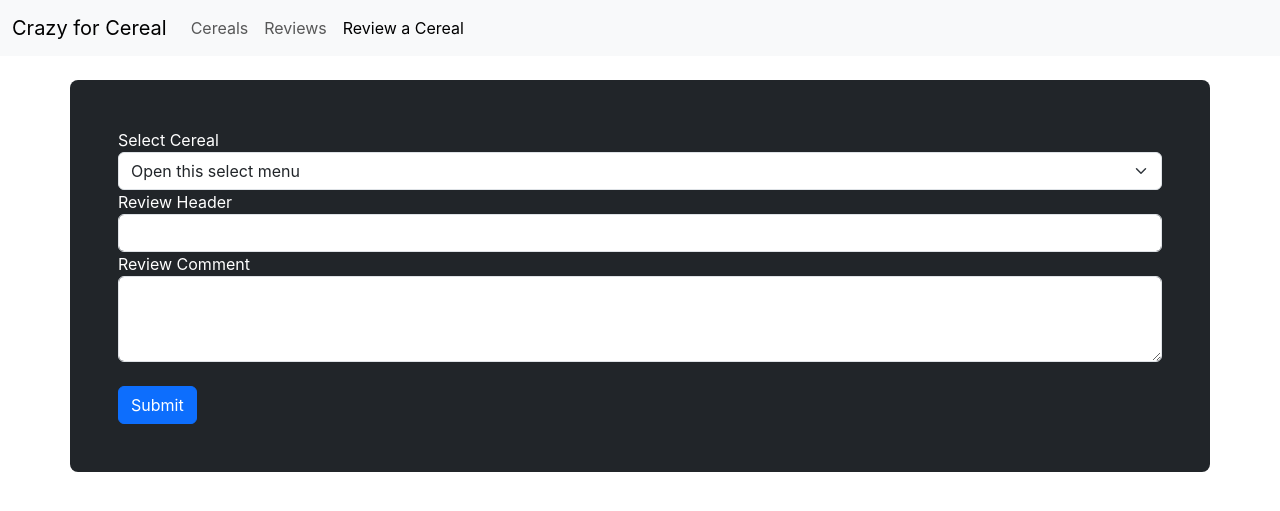
Repository: annferracane/project-3-sinatra
Page: /new-review (app in phase-3-project/)
These files come from the project's save history. The page is drawn as it stood at one moment and after the next save; the edit follows.
The browser window is 1280 px wide. The pictures show the whole page.
The page's requests for data from a server got no answer. The project was rebuilt for these pictures with package versions that can differ from the ones it lists, and the page was loaded fresh each time. No one was signed in, and anything a server would have sent is missing. Also part of the build but not shown: phase-3-project/src/components/Cereal.js, phase-3-project/src/components/Cereals.js, phase-3-project/src/components/Main.js, phase-3-project/src/components/Review.js, phase-3-project/src/components/Reviews.js, phase-3-project/src/components/CerealDetail.js.

Above is the page before, as saved 2023-01-24 14:50:43.

### phase-3-project/public/index.html
<!DOCTYPE html>
<html lang="en">
  <head>
    <meta charset="utf-8">
    <link rel="icon" href="%PUBLIC_URL%/favicon.ico" />
    <meta name="viewport" content="width=device-width, initial-scale=1">
    <link rel="apple-touch-icon" href="%PUBLIC_URL%/logo192.png" />
    <link rel="manifest" href="%PUBLIC_URL%/manifest.json" />
    <title>Phase 3 - Cereal Reviews</title>
    <link rel="stylesheet" href="https://cdn.jsdelivr.net/npm/bootstrap@5.3.0-alpha1/dist/css/bootstrap.min.css" integrity="sha384-GLhlTQ8iRABdZLl6O3oVMWSktQOp6b7In1Zl3/Jr59b6EGGoI1aFkw7cmDA6j6gD" crossorigin="anonymous">
  </head>
  <body>
    <div id="root"></div>
    <script src="https://cdn.jsdelivr.net/npm/bootstrap@5.3.0-alpha1/dist/js/bootstrap.bundle.min.js" integrity="sha384-w76AqPfDkMBDXo30jS1Sgez6pr3x5MlQ1ZAGC+nuZB+EYdgRZgiwxhTBTkF7CXvN" crossorigin="anonymous"></script>
  </body>
</html>

### phase-3-project/src/index.js
import 'bootstrap/dist/css/bootstrap.css';
import React from 'react';
import ReactDOM from 'react-dom/client';
import { BrowserRouter } from "react-router-dom";
import './css/index.css';
import App from './components/App';
import reportWebVitals from './reportWebVitals';

const root = ReactDOM.createRoot(document.getElementById('root'));
root.render(
  <BrowserRouter>
    <App />
  </BrowserRouter>
);

// If you want to start measuring performance in your app, pass a function
// to log results (for example: reportWebVitals(console.log))
// or send to an analytics endpoint. Learn more: https://bit.ly/CRA-vitals
reportWebVitals();

### phase-3-project/src/components/App.js
import React, {useState, useEffect} from 'react';
import { Routes, Route } from "react-router-dom";
import NavBar from './NavBar';
import Main from './Main';
import Reviews from './Reviews';
import NewReview from './NewReview';
import CerealDetail from './CerealDetail';

function App() {
  const baseURL = "http://localhost:9292";

  const [reviews, setReviews] = useState([])
  const [cereals, setCereals] = useState([])
  const [users, setUsers] = useState([])

  // Reviews
  useEffect(() =>{
    fetch(`${baseURL}/reviews`)
    .then(resp => resp.json())
    .then(reviews => setReviews(reviews))
  },[])

  // Cereals
  useEffect(() =>{
    fetch(`${baseURL}/cereals`)
    .then(resp => resp.json())
    .then(cereals => setCereals(cereals))
  },[])

  // Users
  useEffect(() =>{
    fetch(`${baseURL}/users`)
    .then(resp => resp.json())
    .then(users => setUsers(users))
  },[])

  function addNewReview(mynewReview){
    setReviews([...reviews, mynewReview])
  }

  return (
    <div className="App">
      <NavBar />
      <Routes>
        <Route exact path="/" element={<><Main cereals={ cereals }/></>} />
        <Route path="/reviews" element={<><Reviews reviews={ reviews }/></>} />
        <Route path="/new-review" element={<><NewReview addNewReview={ addNewReview }/></>} />
        <Route path="/cereals/:id" element={<><CerealDetail cereal={ cereals }/></>} />
      </Routes>
    </div>
  )
}

export default App;

### phase-3-project/src/components/NavBar.js
import React from "react";
import { NavLink } from "react-router-dom";

function NavBar() {
    return (
        <nav className="navbar navbar-expand-lg bg-body-tertiary">
            <div className="container-fluid">
                <NavLink className="navbar-brand" to="/">Crazy for Cereal</NavLink>
                <button className="navbar-toggler" type="button" data-bs-toggle="collapse" data-bs-target="#navbarSupportedContent" aria-controls="navbarSupportedContent" aria-expanded="false" aria-label="Toggle navigation">
                    <span className="navbar-toggler-icon"></span>
                </button>
                <div className="collapse navbar-collapse" id="navbarSupportedContent">
                    <ul className="navbar-nav me-auto mb-2 mb-lg-0">
                        <li className="nav-item">
                            <NavLink exact className="nav-link" aria-current="page" to="/">Cereals</NavLink>
                        </li>
                        <li className="nav-item">
                            <NavLink exact className="nav-link" aria-current="page" to="/reviews">Reviews</NavLink>
                        </li>
                        <li className="nav-item">
                        <NavLink className="nav-link" to="/new-review">Review a Cereal</NavLink>
                        </li>
                    </ul>
                </div>
            </div>
        </nav>

    )
}

export default NavBar;

### phase-3-project/src/components/NewReview.js
import React, { useState } from 'react';
//import { useHistory } from 'react-router-dom';

function NewReview({ addNewReview }) {
    console.log(addNewReview)
    const [cerealId, setCerealId] = useState('');
    const [cerealName, setCerealName] = useState('');
    const [header, setHeader] = useState('');
    const [comment, setComment] = useState('');
    const [starRating, setStarRating] = useState('');
    //const history = useHistory();

    function handleSubmit(e) {

        e.preventDefault();

        const newReview = {
            cereal_id: cerealId,
            header: header,
            comment: comment,
            star_rating: starRating,
        }
        fetch(`http://localhost:9292/reviews`, {
        method: "POST",
        headers: {
            "Content-Type": "application/json",
        },
        body: JSON.stringify(newReview),
        })
        .then(resp => resp.json())
        .then(mynewReview => {
            addNewReview(mynewReview);
            //history.push(`/cereals/${mynewReview.id}`);
        });
    }
    return (
        <div className="container py-4">
            <div className="row align-items-md-stretch">
                <div className="p-5 text-bg-dark rounded-3">
                    <form onSubmit={ handleSubmit }>
                        <div className="form-group">
                            <label htmlFor="title">Select Cereal</label>
                            <select className="form-select" value={ cerealId } onChange={(e) => setCerealId(e.target.value)} aria-label="Default select example">
                                <option selected>Open this select menu</option>
                                <option value="1">One</option>
                                <option value="2">Two</option>
                                <option value="3">Three</option>
                            </select>
                        </div>
                        <div className="form-group">
                            <label htmlFor="url">Review Header</label>
                            <input type="text" className="form-control" id="image" value={header} onChange={(e) => setHeader(e.target.value)} />
                        </div>
                        <div className="form-group">
                            <label htmlFor="comments">Review Comment</label>
                            <textarea className="form-control" id="exampleFormControlTextarea1" rows="3" value={comment} onChange={(e) => setComment(e.target.value)}></textarea>
                        </div>
                        <br></br>
                        <button type="submit" className="btn btn-primary">Submit</button>
                    </form>
                </div>
            </div>
        </div>
    )
}

export default NewReview

Loaded but not shown: phase-3-project/src/css/index.css (common file); phase-3-project/src/reportWebVitals.js (common file)

After the next save:
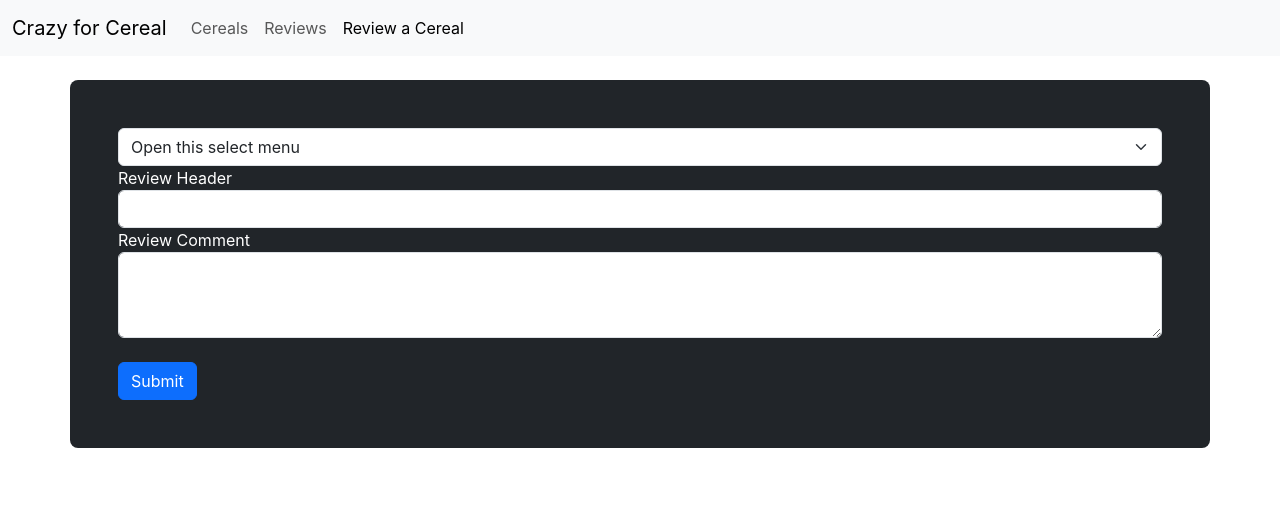
Saved 13 s later.
--- a/phase-3-project/src/components/NewReview.js
+++ b/phase-3-project/src/components/NewReview.js
@@ -39,7 +39,6 @@ function NewReview({ addNewReview }) {
                 <div className="p-5 text-bg-dark rounded-3">
                     <form onSubmit={ handleSubmit }>
                         <div className="form-group">
-                            <label htmlFor="title">Select Cereal</label>
                             <select className="form-select" value={ cerealId } onChange={(e) => setCerealId(e.target.value)} aria-label="Default select example">
                                 <option selected>Open this select menu</option>
                                 <option value="1">One</option>
